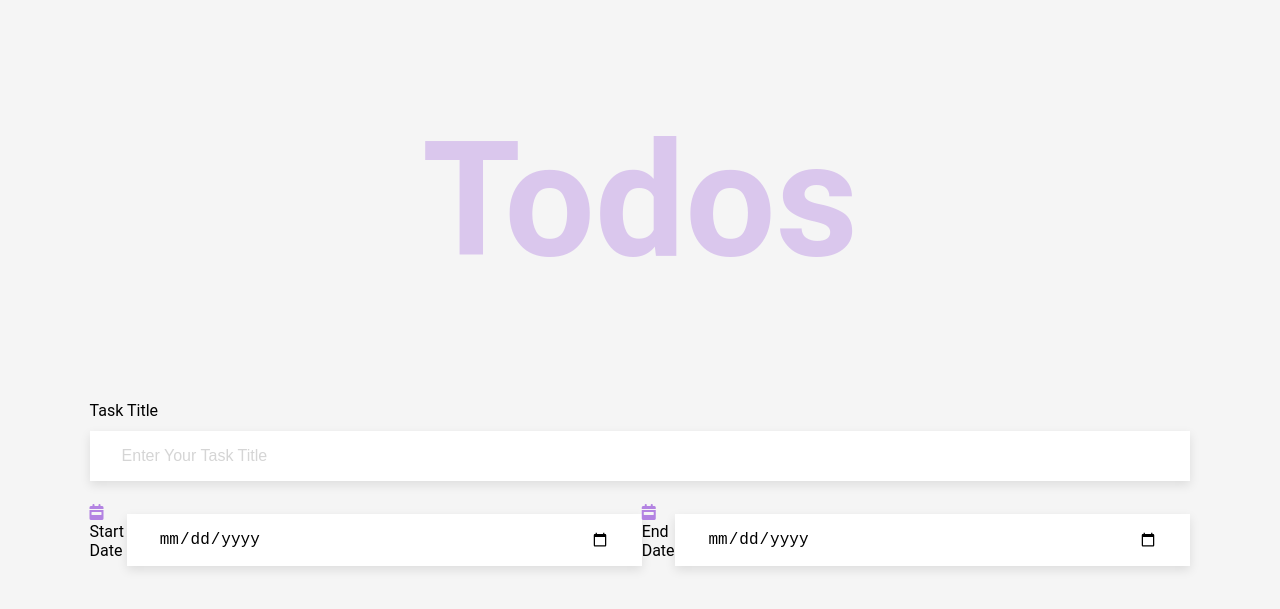
Repository: Surahailat/TypeScript
Page: Mini project 10-3/Project-TS.html
The author's editor kept a copy of each file at every save. The page is drawn from the files as they stood at one save, then again after a run of saves.
The browser window is 1280 px wide. The pictures show the whole page.

Above is the page before, as saved 2025-03-10 13:03:29.

After the next 3 saves:
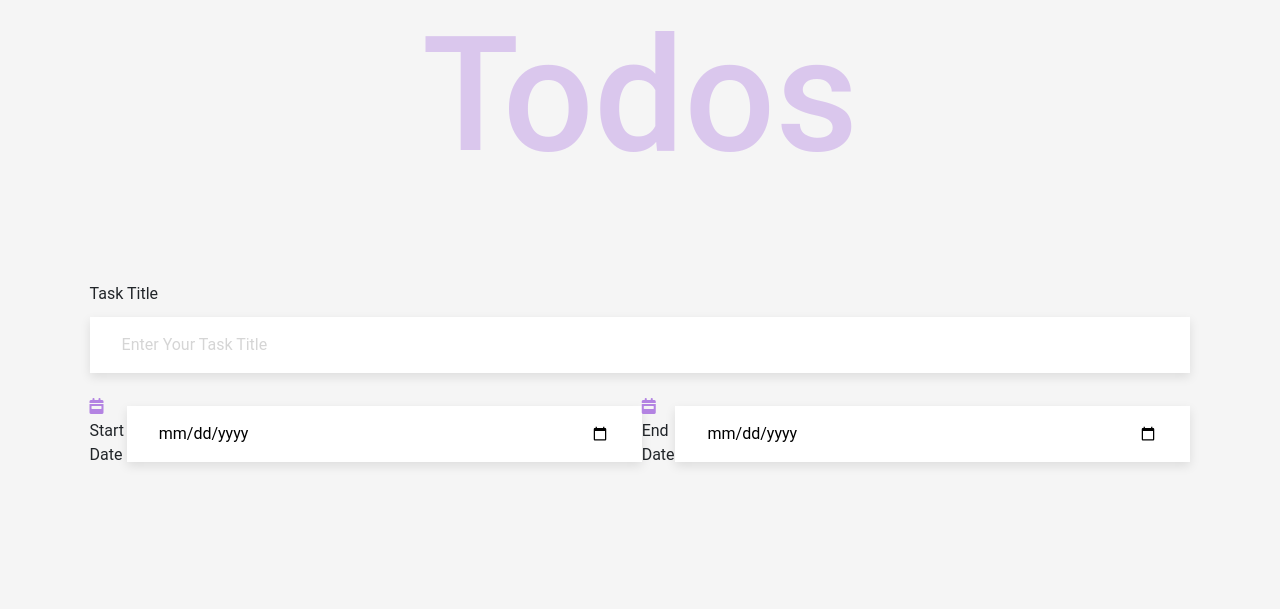
The 3 saves are shown as one change because they came seconds apart.
The last was saved 61 s later.
--- a/Mini project 10-3/Project-TS.html
+++ b/Mini project 10-3/Project-TS.html
@@ -6,6 +6,8 @@
     <meta name="viewport" content="width=device-width, initial-scale=1.0">
     <title>Document</title>
     <link href="https://cdnjs.cloudflare.com/ajax/libs/font-awesome/6.0.0-beta3/css/all.min.css" rel="stylesheet">
+    <script src="https://cdn.jsdelivr.net/npm/bootstrap@5.3.3/dist/js/bootstrap.bundle.min.js" integrity="sha384-YvpcrYf0tY3lHB60NNkmXc5s9fDVZLESaAA55NDzOxhy9GkcIdslK1eN7N6jIeHz" crossorigin="anonymous"></script>
+    <link href="https://cdn.jsdelivr.net/npm/bootstrap@5.3.3/dist/css/bootstrap.min.css" rel="stylesheet" integrity="sha384-QWTKZyjpPEjISv5WaRU9OFeRpok6YctnYmDr5pNlyT2bRjXh0JMhjY6hW+ALEwIH" crossorigin="anonymous">
     <style>
         * {
             box-sizing: border-box;
